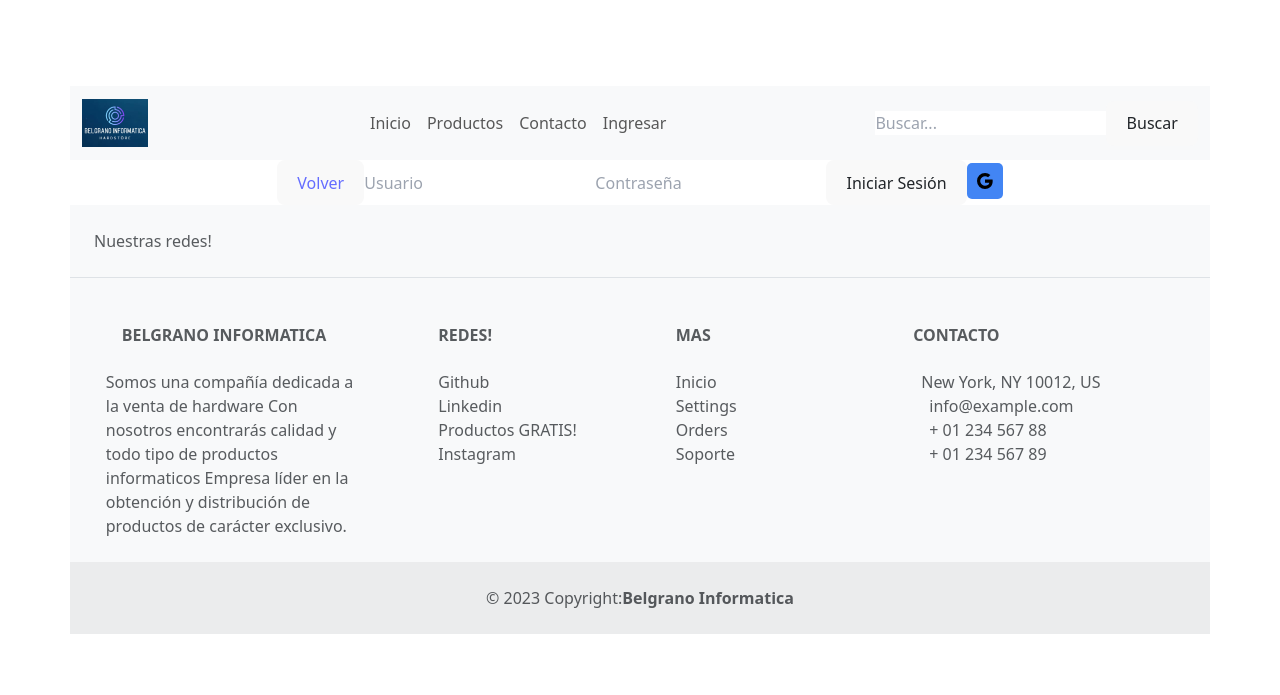
Repository: QuimeyAlejo/Belgrano-Front
Page: /login
The author's editor kept a copy of each file at every save. The page is drawn from the files as they stood at one save, then again after the next save.
The browser window is 1280 px wide. The pictures show the whole page.
The project was rebuilt for these pictures with package versions that can differ from the ones it lists, and the page was loaded fresh each time. Also part of the build but not shown: vite.config.js, src/components/CSS/card.css, src/components/home/card.jsx, src/components/filter/paginado.jsx, src/components/home/products.jsx, src/components/Cloudinary.jsx, src/components/Detail/detail.jsx.

Above is the page before, as saved 2023-08-14 17:16:37.

### index.html
<!DOCTYPE html>
<html lang="en">
  <head>
    <meta charset="UTF-8" />
    <link rel="icon" type="image/svg+xml" href="/src/img/new logo 3.jpg" />
    <meta name="viewport" content="width=device-width, initial-scale=1.0" />
    <title>Belgrano Informatica</title>
  </head>
  <body>
    <div id="root"></div>
    <script type="module" src="/src/main.jsx"></script>
  </body>
</html>

### src/main.jsx
import React from 'react';
import { createRoot } from 'react-dom/client';
import { Provider } from 'react-redux';
import { store } from './redux/store';
import App from './App';
import './index.css';
import 'bootstrap/dist/css/bootstrap.min.css';

createRoot(document.getElementById('root')).render(
  <Provider store={store}>
    <React.StrictMode>
      <App />
    </React.StrictMode>
  </Provider>
);

### src/redux/store/index.jsx
import { createStore, applyMiddleware } from 'redux';
import { composeWithDevTools } from 'redux-devtools-extension';
import thunk from 'redux-thunk';
import rootReducer from '../reducer/reducer';

export const store = createStore(rootReducer, composeWithDevTools(applyMiddleware(thunk)))

### src/App.jsx
import { BrowserRouter, Routes, Route } from 'react-router-dom';
import './App.css'
// import LandingPage from './components/LandingPage'
import Footer from './components/Footer/footer';
import Products from './components/home/products';
import Navbar1 from './components/NavBar/navbar';
import UploadImage from '../src/components/Cloudinary'
import DetailCard from './components/Detail/detail';
import 'bootstrap/dist/css/bootstrap.min.css';
import Login from './components/login/login';





function App() {

  return (
    <BrowserRouter>
    <>
    {/* <LandingPage/> */}
    <Navbar1/>
    <Routes>
    <Route exact path='/' element={< Products/>} />
    <Route exact path='/uploadImage' element={< UploadImage/>} />
    {/* <Route exact path='/products/id/:id' render={({ match }) => <DetailCard id={match.params.id} />} /> */}
    <Route path="/products/id/:id" element={<DetailCard />} />
    {/* <Route exact path='/products/id/:id' element={<DetailCard />} /> */}
    <Route exact path="/login" element={<Login/>}/>
    {/* <Route exact path='/uploadMultipleImages' element={< Cloudinary/>} /> */}
    </Routes>
    <Footer/>
    </>
    </BrowserRouter>
  )
}

export default App

/*
    <import React, { useEffect, useState } from 'react';
import axios from 'axios';

const App = () => {
  const [products, setProducts] = useState([]);

  useEffect(() => {
    // Realizar una solicitud GET al backend para obtener todos los productos
    axios.get('http://localhost:3525/products')
      .then(response => {
        // Actualizar el estado con los productos obtenidos del backend
        setProducts(response.data);
      })
      .catch(error => {
        console.log(error);
      });
  }, []);

  return (
    <div>
      <h2>Lista de productos</h2>
      <ul>
        {products.map(product => (
          <li key={product.id}>
            {product.name} - {product.price}
          </li>
        ))}
      </ul>
    </div>
  );
};

export default App;


*/

### src/redux/reducer/reducer.jsx
const initialState = {
  products: [],
  allproducts: [],
  // detail: [],
  detail: {},
};

function rootReducer(state = initialState, action) {
  switch (action.type) {
    case "GET_PRODUCTS":
      return {
        ...state,
        products: action.payload,
        allproducts: action.payload,
      };


    case "GET_filterByTypeProduct":
    // case "GET_PRODUCTSTYPE":
      const allProducts = state.allproducts;
      const tipoFilter =
        action.payload === "All"
          ? allProducts
          : allProducts.filter((e) => e.tipo === action.payload);
      // console.log(JSON.stringify(tipoFilter) + 'asd');
      return {
        ...state,
        products: tipoFilter,
      };
    //---------------------------------------------------------------------------------------------------------------------------------------------//
    case "ORDER_BY_PRICE":
      let sortedForPrice =
        action.payload === "may"
          ? state.products.sort((a, b) => a.precio - b.precio)
          : state.products.sort((a, b) => b.precio - a.precio);
      // console.log(JSON.stringify(sortedForPrice) + "identificador")
      return {
        ...state,
        products: sortedForPrice,
      };

    //---------------------------------------------------------------------------------------------------------------------------------------------//
    //---------------------------------------------------------------------------------------------------------------------------------------------------------------------------//
    case "CLEAN_DETAIL":
      return {
        ...state,
        detail: {},
        // detail: []
      };
    //---------------------------------------------------------------------------------------------------------------------------------------------------------------------------//
    case "GET_PRODUCT_ID":
      return {
        ...state,
        detail: action.payload,
      };

    default:
      return state;
  }
}

export default rootReducer;

### src/components/Footer/footer.jsx
// import {
//   MDBFooter,
//   MDBContainer,
//   MDBCol,
//   MDBRow,
//   MDBIcon,

// } from 'mdb-react-ui-kit';

// export default function Footer() {
//   return (
//     <MDBFooter bgColor='light' className='text-center text-lg-start text-muted' >

//       <div className='text-black' style={{ backgroundColor: 'rgba(0, 0, 0, 0.1)' }}>
//         <section className='d-flex justify-content-center justify-content-lg-between p-50 border-bottom border-top border-1 border-secondary' >
//           <div className='me-5 d-none d-lg-block'>
//             <span>Nuestras redes sociales:</span>
//           </div>

//           <div>
//             <a href='https://www.youtube.com/watch?v=dQw4w9WgXcQ&ab_channel=RickAstley' className='me-4 text-reset'>
//               <MDBIcon fab icon='youtube' />
//             </a>
//             <a href='https://www.youtube.com/watch?v=dQw4w9WgXcQ&ab_channel=RickAstley' className='me-4 text-reset'>
//               <MDBIcon fab icon='github' />
//             </a>
//             <a href='https://www.youtube.com/watch?v=dQw4w9WgXcQ&ab_channel=RickAstley' className='me-4 text-reset'>
//               <MDBIcon fab icon='github' />
//             </a>
//           </div>
//         </section>

//         <section className=''>
//           <MDBContainer className='text-center text-md-start mt-50'>
//             <MDBRow className='mt-3'>
//               <MDBCol md='3' lg='4' xl='3' className='mx-auto mb-4'>
//                 <h6 className='text-uppercase fw-bold mb-4' color='light'>
//                   <MDBIcon icon='gem' className='me-3' />
//                   Belgrano Informatica
//                 </h6>
//                 <p>
//                   Somos una compañía dedicada a la venta de hardware
//                   <br />
//                   Con nosotros encontrarás calidad y todo tipo de productos informaticos
//                   <br />
//                   Empresa líder en la obtención y distribución de productos de carácter exclusivo.
//                 </p>
//               </MDBCol>

//               <MDBCol md='3' lg='2' xl='2' className='mx-auto mb-4'>
//                 <h6 className='text-uppercase fw-bold mb-4'>Links útiles</h6>
//                 <p>
//                   <a href='/' className='text-reset'>
//                     Productos
//                   </a>
//                 </p>
//                 <p>
//                   <a href='/' className='text-reset'>
//                     Ofertas
//                   </a>
//                 </p>
//                 <p>
//                   <a href='/' className='text-reset'>
//                     Ingresar
//                   </a>
//                 </p>
//                 <p>
//                   <a href='/' className='text-reset'>
//                     Carrito
//                   </a>
//                 </p>
//               </MDBCol>

//               <MDBCol md='4' lg='3' xl='3' className='mx-auto mb-md-0 mb-4'>
//                 <h6 className='text-uppercase fw-bold mb-4'>Contact</h6>
//                 <p>
//                   <MDBIcon icon='home' className='me-2' />
//                   P. Sherman, calle Wallaby 42, Sidney
//                 </p>
//                 <p>
//                   <MDBIcon icon='envelope' className='me-3' />
//                   BelgranoGroup@gmail.com
//                 </p>
//                 <p>
//                   <MDBIcon icon='phone' className='me-3' /> + 1 234 56
//                 </p>
//                 <p>
//                   <MDBIcon icon='print' className='me-3' /> + 244466666
//                 </p>
//               </MDBCol>
//             </MDBRow>
//           </MDBContainer>
//         </section>

//         <div className='text-center p-4 bg-primary bg-gradient text-white border-top border-2 '>
//           © 2023 Copyright:
//           <a className='text-reset fw-bold' href='#'>
//             Belgrano Group
//           </a>
//         </div>
//       </div>
//     </MDBFooter>
//   );
// }

// -------------------------------------------------------------------------------------------------------------------------------------//
import React from "react";
import {
  MDBFooter,
  MDBContainer,
  MDBRow,
  MDBCol,
  MDBIcon,
} from "mdb-react-ui-kit";

export default function Footer() {
  return (
    <MDBFooter bgColor="light" className="text-center text-lg-start text-muted">
      <section className="d-flex justify-content-center justify-content-lg-between p-4 border-bottom">
        <div className="me-5 d-none d-lg-block">
          <span>Nuestras redes! </span>
        </div>

        <div>
          <a href="" className="me-4 text-reset">
            <MDBIcon fab icon="instagram" />
          </a>
          <a href="" className="me-4 text-reset">
            <MDBIcon fab icon="google" />
          </a>
          <a href="" className="me-4 text-reset">
            <MDBIcon fab icon="instagram" />
          </a>
          <a href="" className="me-4 text-reset">
            <MDBIcon fab icon="linkedin" />
          </a>
          <a href="" className="me-4 text-reset">
            <MDBIcon fab icon="github" />
          </a>
        </div>
      </section>

      <section className="">
        <MDBContainer className="text-center text-md-start mt-5">
          <MDBRow className="mt-3">
            <MDBCol md="3" lg="4" xl="3" className="mx-auto mb-4">
              <h6 className="text-uppercase fw-bold mb-4">
                <MDBIcon icon="gem" className="me-3" />
                Belgrano Informatica
              </h6>
              Somos una compañía dedicada a la venta de hardware Con nosotros
              encontrarás calidad y todo tipo de productos informaticos Empresa
              líder en la obtención y distribución de productos de carácter
              exclusivo.
            </MDBCol>

            <MDBCol md="2" lg="2" xl="2" className="mx-auto mb-4">
              <h6 className="text-uppercase fw-bold mb-4">Redes!</h6>
              <p>
                <a href="https://github.com/QuimeyAlejo" className="text-reset">
                  Github
                </a>
              </p>
              <p>
                <a href="https://www.linkedin.com/in/quimey-alejo-lopez-199431202/" className="text-reset">
                  Linkedin
                </a>
              </p>
              <p>
                <a href="https://www.youtube.com/watch?v=gXGYLpHNRss" className="text-reset">
                  Productos GRATIS!
                </a>
              </p>
              <p>
                <a href="https://www.instagram.com/belgrano_informatica/" className="text-reset">
                  Instagram
                </a>
              </p>
            </MDBCol>

            <MDBCol md="3" lg="2" xl="2" className="mx-auto mb-4">
              <h6 className="text-uppercase fw-bold mb-4">Mas</h6>
              <p>
                <a href="#" className="text-reset">
                  Inicio
                </a>
              </p>
              <p>
                <a href="#" className="text-reset">
                  Settings
                </a>
              </p>
              <p>
                <a href="https://www.instagram.com/belgrano_informatica/" className="text-reset">
                  Orders
                </a>
              </p>
              <p>
                <a href="https://www.instagram.com/belgrano_informatica/" className="text-reset">
                  Soporte
                </a>
              </p>
            </MDBCol>

            <MDBCol md="4" lg="3" xl="3" className="mx-auto mb-md-0 mb-4">
              <h6 className="text-uppercase fw-bold mb-4">Contacto</h6>
              <p>
                <MDBIcon icon="home" className="me-2" />
                New York, NY 10012, US
              </p>
              <p>
                <MDBIcon icon="envelope" className="me-3" />
                info@example.com
              </p>
              <p>
                <MDBIcon icon="phone" className="me-3" /> + 01 234 567 88
              </p>
              <p>
                <MDBIcon icon="print" className="me-3" /> + 01 234 567 89
              </p>
            </MDBCol>
          </MDBRow>
        </MDBContainer>
      </section>

      <div
        className="text-center p-4"
        style={{ backgroundColor: "rgba(0, 0, 0, 0.05)" }}
      >
        © 2023 Copyright:
        <a className="text-reset fw-bold" href="#">
          Belgrano Informatica
        </a>
      </div>
    </MDBFooter>
  );
}

### src/components/NavBar/navbar.jsx
import Container from "react-bootstrap/Container";
import Nav from "react-bootstrap/Nav";
import Navbar from "react-bootstrap/Navbar";
// import React from 'react';
// import { Link } from 'react-router-dom';
import belgrano from "../../img/belgrano.jpg";
import SearchBar from "../SearchBar/searchBar";

function Navbar1() {
  return (
    <Navbar expand="lg" className="bg-body-tertiary">
      <Container fluid>
        <Navbar.Brand href="#">
          {" "}
          <Nav.Link to="/">
            <img
              src={belgrano}
              alt="Recargar productos"
              className="img-fluid w-25"
            />
          </Nav.Link>
        </Navbar.Brand>
        <Navbar.Toggle aria-controls="navbarScroll" />
        <Navbar.Collapse id="navbarScroll">
          <Nav
            className="me-auto my-2 my-lg-0"
            style={{ maxHeight: "100px" }}
            navbarScroll
          >
            <Nav.Link href="/">Inicio</Nav.Link>
            <Nav.Link href="/productos">Productos</Nav.Link>
            <Nav.Link href="/contacto">Contacto</Nav.Link>
            <Nav.Link href="/login">Ingresar</Nav.Link>
          </Nav>
          <SearchBar />
        </Navbar.Collapse>
      </Container>
    </Navbar>
  );
}

export default Navbar1;

### src/components/login/login.jsx
import React, { useState } from 'react';
import '../login/login.css'
import { Link } from 'react-router-dom';
import G from "../../img/google.svg"

const Login = () => {
  const [username, setUsername] = useState('');
  const [password, setPassword] = useState('');
  const [isLoggedIn, setIsLoggedIn] = useState(false);

  const handleLogin = () => {
    if (username === 'usuario' && password === 'contraseña') {
      setIsLoggedIn(true);
    } else {
      alert('Credenciales incorrectas. Inténtalo de nuevo.');
    }
  };

  const handleGoogleLogin = () => {
    // Agrega aquí la lógica para iniciar sesión con Google
    alert('Iniciar sesión con Google');
  };

  return (
    <div className="login-container d-center">
      {isLoggedIn ? (
        <p>Bienvenido, {username}!</p>
      ) : (
        <div className="login-form">
          <button><Link to="/">Volver</Link></button>
          <input
            type="text"
            placeholder="Usuario"
            value={username}
            onChange={(e) => setUsername(e.target.value)}
          />
          <input
            type="password"
            placeholder="Contraseña"
            value={password}
            onChange={(e) => setPassword(e.target.value)}
          />
          <button onClick={handleLogin}>Iniciar Sesión</button>
          <button onClick={handleGoogleLogin} className="google-button">
            <img src={G}></img>
          </button>
        </div>
      )}
    </div>
  );
};

export default Login;

### src/redux/actions/actions.jsx
import axios from 'axios';

export function getProducts() {
  return async function (dispatch) {
      var json = await axios.get('http://localhost:3000/products')
      // var json = await axios.get('https://belgrano-backend.onrender.com/products')

      return dispatch({
          type: 'GET_PRODUCTS',
          payload: json.data
      })
  }
}export function getProductsType() {
  return async function (dispatch) {
      var json = await axios.get('http://localhost:3000/products/:tipo')


      return dispatch({
          type: 'GET_PRODUCTSTYPE',
          payload: json.data
      })
  }
}
export function filterByTypeProduct(payload){
    return{
        type: 'GET_filterByTypeProduct',
        payload
    }
}
//----------------------------FUNCION DE ORDENAMIENTO DE PRODUCTOS POR BACKEND----------------------------------------//
// export function filterByTypeProduct2(){
// return async function (dispatch) {
//     var json = await axios.get('/productos/tipo/:tipo')

//     return dispatch({
//         type: 'GET_filterByTypeProduct',
//         payload:json.data
//     })
// }}
export function filterForPrice(payload){
    return{
        type:'ORDER_BY_PRICE',
        payload
    }
}
export function getProductsForID(id) {
  return async function (dispatch) {
    try {
      let json = await axios.get(`http://localhost:3000/products/id/${id}`);
      // let json = await axios.get(`https://belgrano-backend.onrender.com/products/id/${id}`);
      return dispatch({
        type: 'GET_PRODUCT_ID',
        payload: json.data,
      });
    } catch (error) {
      console.log(error);
    }
  };
}

export function cleanDetail(){
    return{
        type: 'CLEAN_DETAIL'
    }
}

### src/components/SearchBar/searchBar.jsx
import React from "react";
import { useState} from 'react';
import { useDispatch, useSelector } from 'react-redux';
import { getProducts } from "../../redux/actions/actions";


function SearchBar ({setCurrentPage}){
    const dispatch = useDispatch();
    const [name, setName] = useState("")
    const allProd= useSelector(state => state.allproducts)
    console.log (allProd + "quien soy")


    function handleInputChange(e){
      e.preventDefault()
      setName (e.target.value)


    }

    function handleSubmit(e){
      e.preventDefault()
      console.log(name)


    //   const productFilter = allProd.filter(e => e.modelo? e.modelo : e.brand)
      const productFilter = allProd.filter(e => e.modelo.includes(name))
      if(name && (!productFilter || productFilter.length === 0)){
          alert('No existe el producto ingresado!')
      }

      else if(!name){
          alert('¡Para buscar ingrese un nombre!')
      }
      else{
        dispatch( getProducts(name))
          setName('')
          // setCurrentPage(1)
      }
    }

    return (
     <div>
        <div>
      <input
      value={name}
        type='text'
        placeholder='Buscar...'
        onChange={(e)=> handleInputChange(e)}/>
        <button onClick={(e) => handleSubmit(e)}>Buscar</button>
          </div>
     </div>
    )

  }

  export default SearchBar

### src/components/login/login.css
/* ... otras reglas CSS ... */

.google-button {
    background-color: #4285f4;
    color: white;
    border: none;
    padding: 10px;
    border-radius: 5px;
    cursor: pointer;
    transition: background-color 0.3s ease;
  }

  .google-button:hover {
    background-color: #357ae8;
  }

Loaded but not shown: src/index.css (common file); src/App.css (common file)

After the next save:
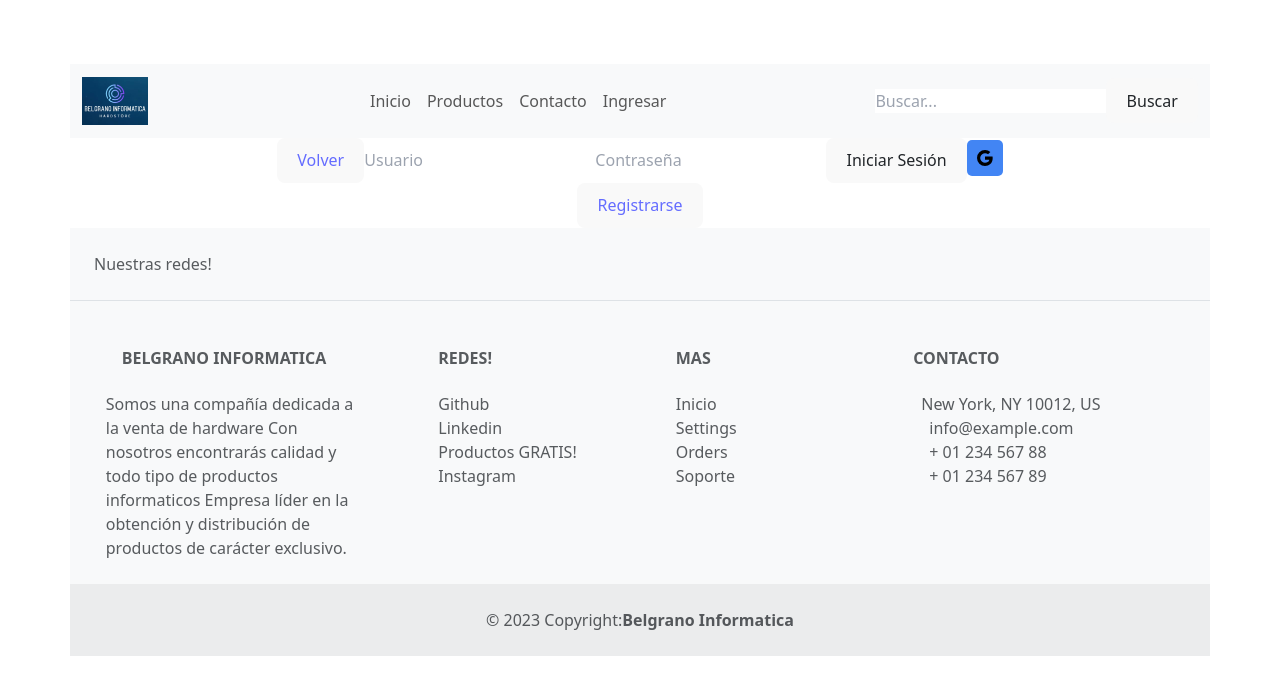
Saved 96 s later.
--- a/src/components/login/login.jsx
+++ b/src/components/login/login.jsx
@@ -44,6 +44,9 @@ const Login = () => {
           <button onClick={handleGoogleLogin} className="google-button">
             <img src={G}></img>
           </button>
+          <div>
+            <button><Link to="/register"> Registrarse </Link></button>
+          </div>
         </div>
       )}
     </div>
